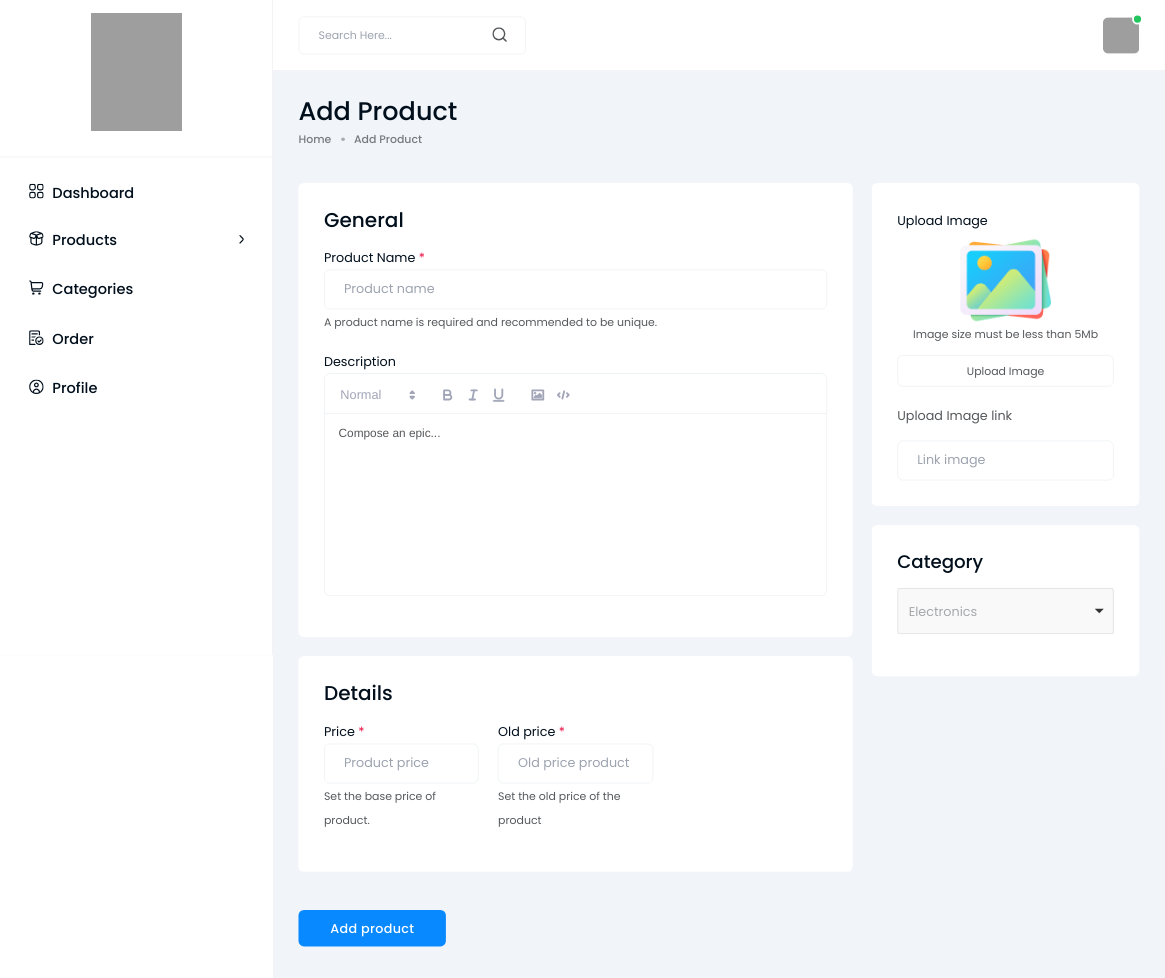
Repository: tienaq123/DuAn_1
Page: http://localhost/Duan1/Admin/add-product.php
The author's editor kept a copy of each file at every save. The page is drawn from the files as they stood at one save, then again after the next save.
The browser window is 1280 px wide. The pictures show the whole page, at 91% of full size.
Pictures or frames that could not be fetched are drawn as grey boxes. The page is run by PHP 8.4 with error messages shown; the project is at /var/www/html/.

Above is the page before, as saved 2023-07-21 17:55:33.

After the next save:
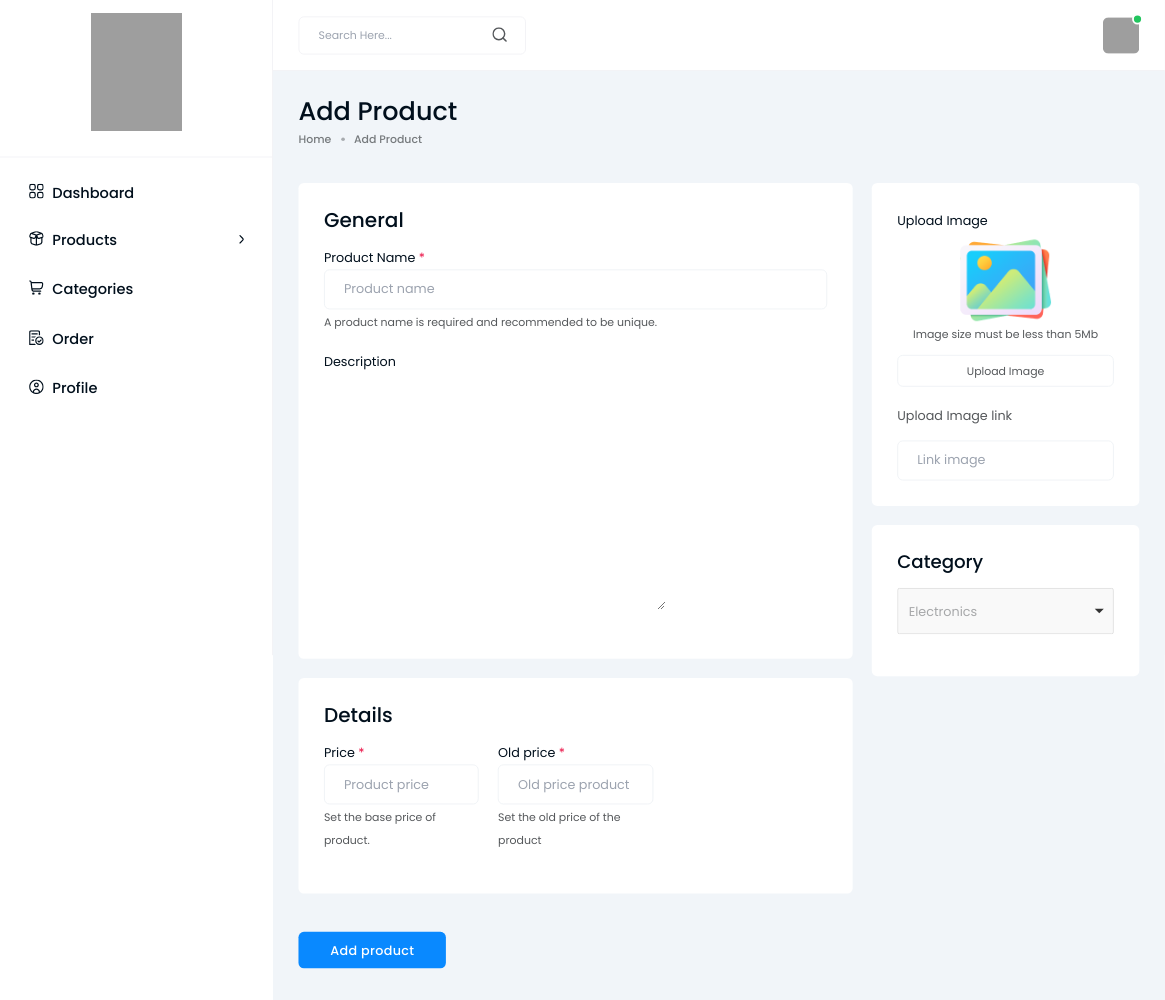
Saved 112 s later.
--- a/Admin/add-product.php
+++ b/Admin/add-product.php
@@ -176,13 +176,13 @@ $conn = connectToDatabase();
                             <p class="mb-0 text-base text-black">
                               Product Name <span class="text-red">*</span>
                             </p>
-                            <input class="input w-full h-[44px] rounded-md border border-gray6 px-6 text-base" type="text" placeholder="Product name" id="product_name" />
+                            <input class="input w-full h-[44px] rounded-md border border-gray6 px-6 text-base" type="text" placeholder="Product name" name="product_name" />
                             <span class="text-tiny">A product name is required and recommended to be
                               unique.</span>
                           </div>
                           <div class="mb-5">
                             <p class="mb-0 text-base text-black">Description</p>
-                            <div class="min-h-[200px]" id="editor"></div>
+                            <textarea name="" id="" cols="30" rows="10" name="description"></textarea>
                           </div>
                         </div>
                         <div class="bg-white px-8 py-8 rounded-md mb-6">
